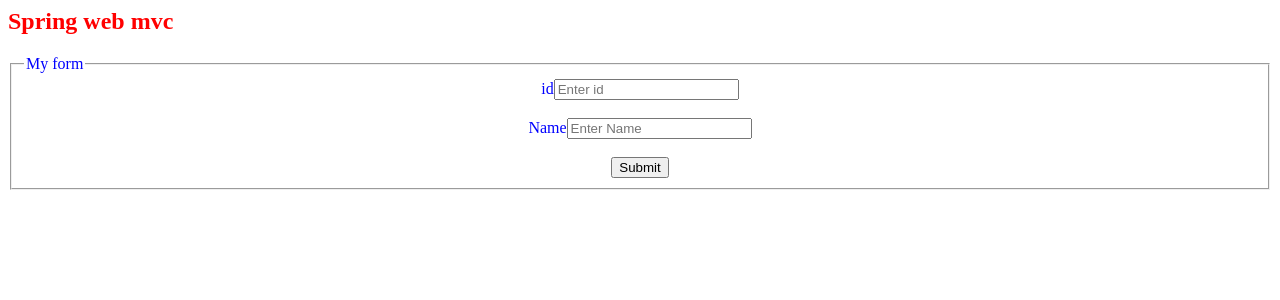
Repository: NaveenPriya1/Sts-full-new-laptop
Page: http://localhost/springwebmvc/
An editor plug-in stored every save of this project. The page is shown before and after the next save, followed by the edit.
The browser window is 1280 px wide. The pictures show the whole page.
The page is served by Tomcat 9.

Above is the page before, as saved 2022-07-28 13:57:53.

After the next save:
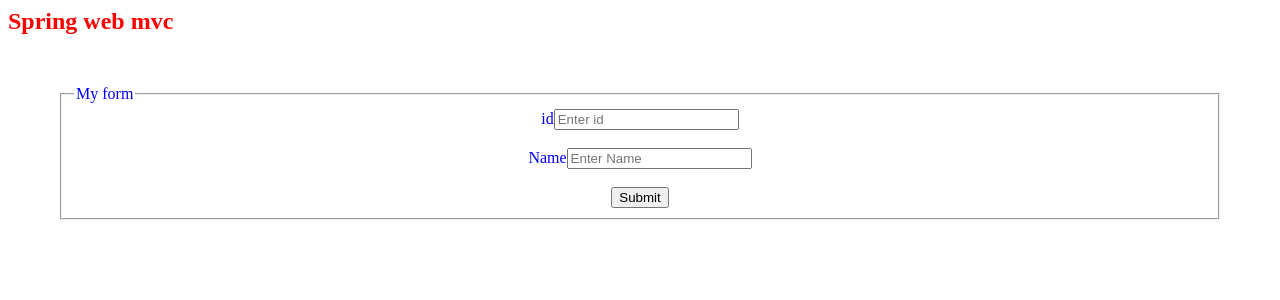
Saved 22 s later.
--- a/springwebmvc/src/main/webapp/index.jsp
+++ b/springwebmvc/src/main/webapp/index.jsp
@@ -2,7 +2,7 @@
 <body>
 <h2 style=color:red>Spring web mvc</h2>
 
-<div style=color:blue;border:50px>
+<div style=color:blue;margin:50px>
 <form action="first">
 <fieldset style=margin-lef:50px>
 <legend >My form</legend>
